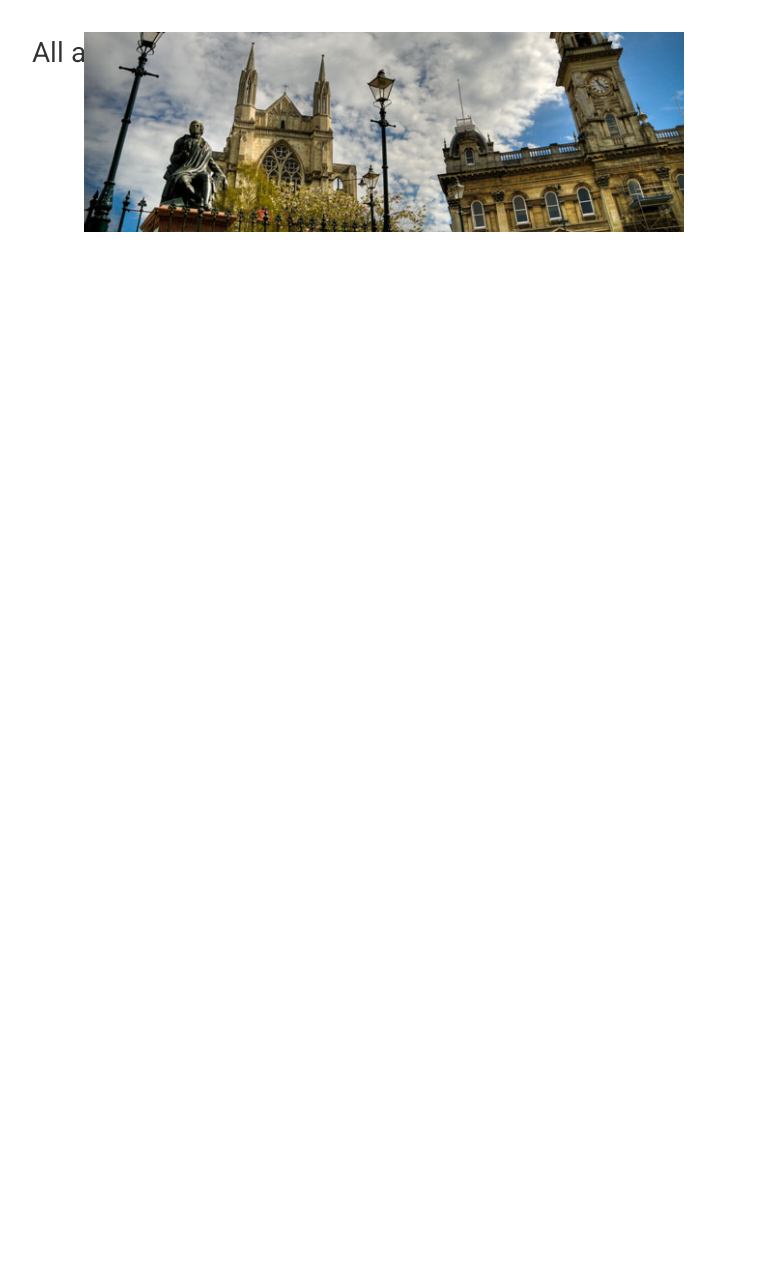
Repository: sam-stewart/in721
Layout: NavListView/res/layout/activity_main.xml
The author's editor kept a copy of each file at every save. The layout is drawn from the files as they stood at one save, then again after the next save.
It is drawn on a 768 x 1280 px phone screen (xhdpi) without system bars, with theme AppTheme; the app's code is not run.

Above is the layout before, as saved 2015-03-11 08:45:55.

After the next save:
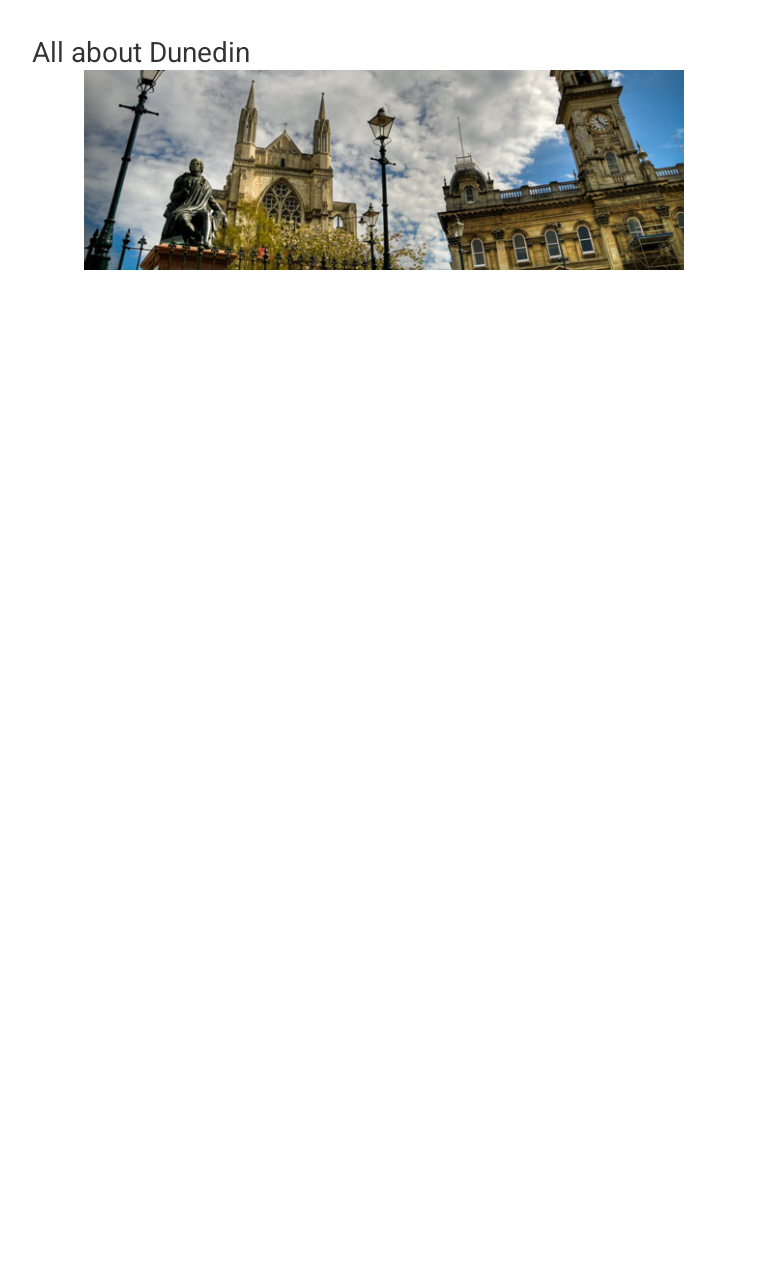
Saved 3 min 57 s later.
--- a/NavListView/res/layout/activity_main.xml
+++ b/NavListView/res/layout/activity_main.xml
@@ -19,6 +19,6 @@
         android:layout_height="100dp"
         android:contentDescription="header"
         android:src="@drawable/octagon"
-        android:layout_below="" />
+        android:layout_below="@id/textView" />
 
 </RelativeLayout>
